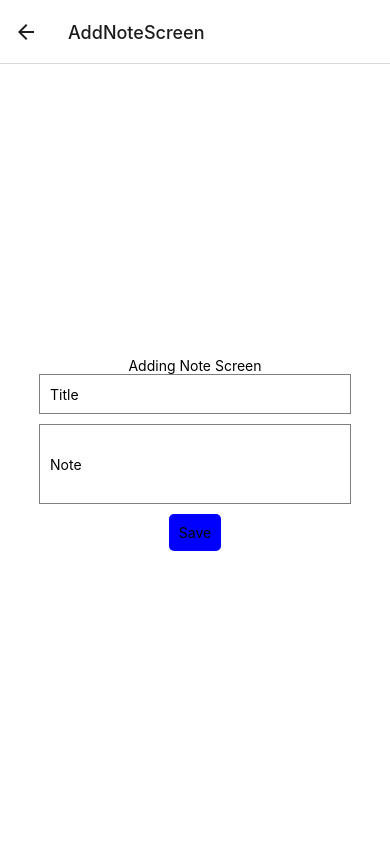
Repository: Clarence289/NoteApp
Screen: /AddNoteScreen
The author's editor kept a copy of each file at every save. The screen is drawn from the files as they stood at one save, then again after the next save.
The page's requests for data from a server got no answer. The app was drawn by React Native's web renderer in a window 390 px wide. The project was rebuilt for these pictures with package versions that can differ from the ones it lists, and the page was loaded fresh each time. No one was signed in, and anything a server would have sent is missing.

Above is the screen before, as saved 2023-10-04 11:37:05.

After the next save:
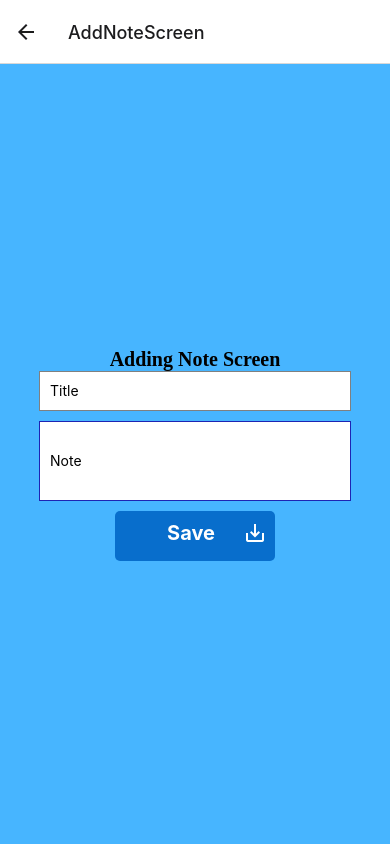
Saved 88 s later.
--- a/components/AddNoteScreen.js
+++ b/components/AddNoteScreen.js
@@ -1,59 +1,68 @@
 import React, { useState } from 'react';
 import { TextInput, TouchableOpacity, View, Text, StyleSheet } from 'react-native';
-import {saveNote} from '../service/firebaseService'
+import { saveNote } from '../service/firebaseService'
 import { useNavigation } from '@react-navigation/native';
+import { MaterialIcons } from '@expo/vector-icons';
 
-
-const AddNoteScreen = () => {
+const AddNoteScreen = ({ onNoteAdded }) => {
   const [title, setTitle] = useState('');
   const [note, setNote] = useState('');
 
   const navigation = useNavigation();
 
   // function to save
-  const handleSaveNote = async ()=>{
+  const handleSaveNote = async () => {
     const saved = await saveNote(title, note);
 
-    if(saved){
+    if (saved) {
       setNote('');
       setTitle('');
 
 
       alert('Note saved successfully.');
       navigation.navigate('ListScreen');
-    } else{
+    } else {
       alert('Error saving note');
     }
   }
 
   return (
     <View style={styles.container}>
-    <Text>Adding Note Screen</Text>
-    <TextInput
-      style={styles.titleContainer}
-      placeholder="Title"
-      value={title}
-      onChangeText={(text) => setTitle(text)}
-    />
-    <TextInput
-      style={styles.noteContainer}
-      placeholder="Note"
-      value={note}
-      onChangeText={(text) => setNote(text)}
-    />
-    <TouchableOpacity style={styles.button} onPress={handleSaveNote}>
-      <Text style={styles.buttonText}>Save</Text>
-    </TouchableOpacity>
-  </View>
+      <Text style={styles.header}>Adding Note Screen</Text>
+      <TextInput
+        style={styles.titleContainer}
+        placeholder="Title"
+        value={title}
+        onChangeText={(text) => setTitle(text)}
+      />
+      <TextInput
+        style={styles.noteContainer}
+        placeholder="Note"
+        value={note}
+        onChangeText={(text) => setNote(text)}
+      />
+      <TouchableOpacity style={styles.button} onPress={handleSaveNote}>
+        <Text style={styles.buttonText}>Save</Text>
+        <MaterialIcons style={styles.saveIcon} name="save-alt" size={24} color="white" />
+      </TouchableOpacity>
+    </View>
   );
 };
 
 const styles = StyleSheet.create({
   container: {
     flex: 1,
-    backgroundColor: '#fff',
+    backgroundColor: '#47B5FF',
     alignItems: 'center',
     justifyContent: 'center',
+  },
+  header: {
+    color: '#000',
+    fontFamily: 'Moul',
+    fontSize: '20px',
+    fontStyle: 'normal',
+    fontWeight: 'bold',
+    lineHeight: 'normal',
   },
   titleContainer: {
     height: 40,
@@ -62,20 +71,39 @@ const styles = StyleSheet.create({
     marginBottom: 10,
     paddingHorizontal: 10,
     width: '80%',
+    backgroundColor: '#fff'
   },
   noteContainer: {
     height: 80,
-    borderColor: 'gray',
+    borderColor: '#1E24B3',
     borderWidth: 1,
     marginBottom: 10,
     paddingHorizontal: 10,
     width: '80%',
+    backgroundColor: '#fff'
   },
   button: {
-    backgroundColor: 'blue',
+    flexDirection: 'row',
+    backgroundColor: '#086ECC',
     padding: 10,
     borderRadius: 5,
+    width: 159.767,
+    height: 50,
   },
+  buttonText:{
+    color: 'white',
+    textAlign: 'center',
+    color: '#FFF',
+    fontFamily: 'Inter',
+    fontSize: '20px',
+    fontStyle: 'normal',
+    fontWeight: 700,
+    lineHeight: 'normal',
+    left: 42
+  },
+  saveIcon:{
+    left: 70
+  }
 });
 
 export default AddNoteScreen;
